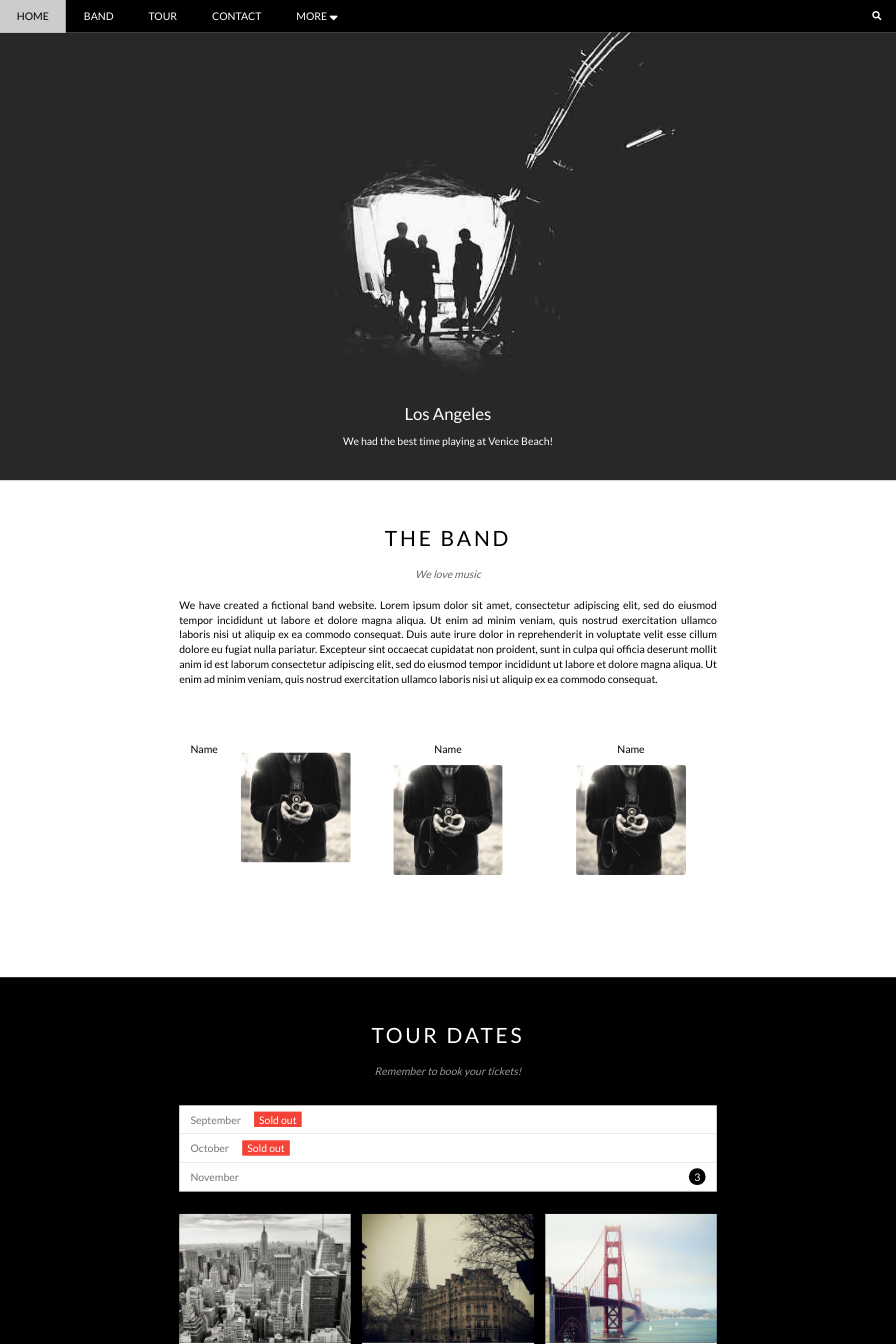
Repository: nguyenthaicong265/w3-band
Page: index.html
The author's editor kept a copy of each file at every save. The page is drawn from the files as they stood at one save, then again after the next save.
The browser window is 1280 px wide. The pictures show the part of the page from y = 0 to 1920 px (the page is 3613 px tall), at 70% of full size.

Above is the page before, as saved 2022-01-06 23:57:19.

### index.html
<!DOCTYPE html>
<html lang="en">
<head>
    <meta charset="UTF-8">
    <meta http-equiv="X-UA-Compatible" content="IE=edge">
    <meta name="viewport" content="width=device-width, initial-scale=1.0">
    <title>The band</title>
    <link rel="icon" href="./assets/img/favicon.png" type="image/x-icon" />
    <link rel="stylesheet" href="./assets/css/styles.css">
    <link rel="stylesheet" href="./assets/css/responsive.css">
    <link rel="stylesheet" href="https://fonts.googleapis.com/css?family=Lato">
    <link rel="stylesheet" href="./assets/font/themify-icons-font/themify-icons/themify-icons.css">
    <link rel="stylesheet" href="./assets/font/fontawesome-free-5.15.4-web/css/all.css">
</head>
<body>
    <div id="main">
        <div id="header">
            <ul id="nav">
                <li><a href="#">Home</a></li>
                <li><a href="#band">Band</a></li>
                <li><a href="#tour">Tour</a></li>
                <li><a href="#contact">Contact</a></li>
                <li>
                    <a href="#">
                        More
                        <i class="fas fa-sort-down"></i>
                    </a>
                    <ul class="subnav">
                        <li><a href="#">Merchandise</a></li>
                        <li><a href="#">Extras</a></li>
                        <li><a href="#">Media</a></li>
                    </ul>
                </li>
            </ul>
            <div class="search-button">
                <i class="fas fa-search"></i>
            </div>
            <div id="mobile-menu" class="mobile-menu-button">
                <i class="fas fa-bars"></i>
            </div>
        </div>

        <div id="slider">
            <div class="text-content text-white">
                <h2 class="text-head">Los Angeles
                </h2>
                <div class="text-description">We had the best time playing at Venice Beach!
                </div>
            </div>
        </div>

        <div id="content">
            <!-- About-section -->
            <div id="band" class="band-section">
                <div class="content-section">
                    <h2 class="section-heading">
                    THE BAND
                    </h2>
                    <p class="section-sub-heading">
                    We love music
                    </p>
                    <p class="about-text">We have created a fictional band website. Lorem ipsum dolor sit amet, consectetur adipiscing elit, sed do eiusmod tempor incididunt ut labore et dolore magna aliqua. Ut enim ad minim veniam, quis nostrud exercitation ullamco laboris nisi ut aliquip ex ea commodo consequat. Duis aute irure dolor in reprehenderit in voluptate velit esse cillum dolore eu fugiat nulla pariatur. Excepteur sint occaecat cupidatat non proident, sunt in culpa qui officia deserunt mollit anim id est laborum consectetur adipiscing elit, sed do eiusmod tempor incididunt ut labore et dolore magna aliqua. Ut enim ad minim veniam, quis nostrud exercitation ullamco laboris nisi ut aliquip ex ea commodo consequat.
                    </p>

                    <!-- Member -->
                    <div class="row members-list">
                        <div class="member-item">
                            <p class="col col-third text-center member-name">Name</p>
                            <img src="./assets/img/band/member1.jpg" alt="Name" class="member-avatar">
                        </div>

                        <div class="member-item">
                            <p class="member-name">Name</p>
                            <img src="./assets/img/band/member1.jpg" alt="Name" class="member-avatar">
                        </div>

                        <div class="member-item">
                            <p class="member-name">Name</p>
                            <img src="./assets/img/band/member1.jpg" alt="Name" class="member-avatar">
                        </div>
                    </div>
                </div>
            </div>

            <!-- Tour-section -->
            <div id="tour" class="tour-section">
                <div class="content-section">
                    <h2 class="section-heading text-white">
                    TOUR DATES
                    </h2>
                    <p class="section-sub-heading text-white">
                    Remember to book your tickets!
                    </p>

                    <!-- Tickets  -->
                    <ul class="tickets-list">
                        <li>September <span class="sold-out text-white">Sold out</span></li>
                        <li>October <span class="sold-out text-white">Sold out</span></li>
                        <li>November <span class="quantity text-white">3</span></li>
                    </ul>

                    <!-- Places -->
                    <div class="row places-list">
                        <div class="col col-third">
                            <img src="./assets/img/places/newyork.jpg" alt="New York" class="place-img">
                            <div class="place-body">
                                <h3 class="place-heading">
                                    New York
                                </h3>
                                <p class="place-time">
                                    Fri 27 Nov 2016
                                </p>
                                <p class="place-dsc">
                                    Praesent tincidunt sed tellus ut rutrum sed vitae justo.
                                </p>
                                <button class="btn js-buy-ticket">Buy Tickets</button>
                            </div>
                        </div>

                        <div class="col col-third">
                            <img src="./assets/img/places/paris.jpg" alt="Paris" class="place-img">
                            <div class="place-body">
                                <h3 class="place-heading">
                                    Paris
                                </h3>
                                <p class="place-time">
                                    Sat 28 Nov 2016
                                </p>
                                <p class="place-dsc">
                                    Praesent tincidunt sed tellus ut rutrum sed vitae justo.
                                </p>
                                <button class="btn js-buy-ticket">Buy Tickets</button>
                            </div>
                        </div>

                        <div class="col col-third">
                            <img src="./assets/img/places/sanfran.jpg" alt="San Francisco" class="place-img">
                            <div class="place-body">
                                <h3 class="place-heading">
                                    San Francisco
                                </h3>
                                <p class="place-time">
                                    Sun 29 Nov 2016
                                </p>
                                <p class="place-dsc">
                                    Praesent tincidunt sed tellus ut rutrum sed vitae justo.
                                </p>
                                <button class="btn js-buy-ticket">Buy Tickets</button>
                            </div>
                        </div>
                    </div>
                </div>
            </div>

            <!-- Begin: Contact-section -->
            <div id="contact" class="content-section">
                <h2 class="section-heading">
                CONTACT</h2>
                <p class="section-sub-heading">
                Fan? Drop a note!</p>
                <div class="row contact-content">
                    <div class="col col-half contact-info">
                        <p><i class="fas fa-map-marker-alt"></i>Chicago, US</p>
                        <p><i class="fas fa-phone-alt"></i>Phone: +00 151515</p>
                        <p><i class="fas fa-envelope"></i>Email: mail@mail.com</p>
                    </div>
                    <div class="col col-half contact-form">
                        <form action="">
                            <div class="row mt-8">
                                <div class="col col-half">
                                    <input type="text" name="" required placeholder="Name" id="" class="form-control">
                                </div>
                                <div class="col col-half">
                                    <input type="email" name="" required placeholder="Email" id="" class="form-control">
                                </div>
                            </div>
                            <div class="row mt-8">
                                <div class="col col-full">
                                    <input type="text" name="" required placeholder="Message" id="" class="form-control">
                                </div>
                            </div>
                            <input class="btn pull-right mt-16" type="submit" value="SEND">
                        </form>
                    </div>
                </div>
            </div>
            <!-- End: Contact-section -->


            <div class="map-section">
                <img src="./assets/img/map.jpg" alt="Map">
            </div>
        </div>

        <div id="footer">
            <div class="socials-list">
                <a href=""><i class="fab fa-facebook-square"></i></a>
                <a href=""><i class="fab fa-instagram"></i></a>
                <a href=""><i class="fab fa-snapchat"></i></a>
                <a href=""><i class="fab fa-pinterest-p"></i></a>
                <a href=""><i class="fab fa-twitter"></i></a>
                <a href=""><i class="fab fa-linkedin-in"></i></a>
            </div>
            <p class="copyright">Powered by <a href="">w3.css</a></p>
        </div>
    </div>
    <div class="modal js-modal">
         <div class="modal-contaner js-modal-container">
             <div class="modal-close js-modal-close">
                <i class="fas fa-times"></i>
             </div>

             <div class="modal-header text-white">
                <i class="fas fa-suitcase"></i> Tickets
             </div>

             <div class="modal-body">
                <label for="ticket-quantity" class="modal-label">
                    <i class="fas fa-shopping-cart"></i>
                    Tickets, $15 per person
                 </label>
                 <input type="text" id="ticket-quantity" class="modal-input" placeholder="How many?">

                 <label for="ticket-email" class="modal-label">
                    <i class="fas fa-user"></i>
                    Send To
                 </label>
                 <input type="text" id="ticket-email" class="modal-input" placeholder="Enter email">

                <button id="buy-ticket">
                    Pay
                    <i class="fas fa-check"></i>
                </button>
             </div>

             <div class="modal-footer">
                 <p class="modal-help">
                     Need <a href="">help?</button>
                 </p>
             </div>
         </div>
    </div>

    /* Buy Ticket */
    <script>
        const buyBtns = document.querySelectorAll('.js-buy-ticket')
        const modal = document.querySelector('.js-modal')
        const modalContainer = document.querySelector('.js-modal-container')
        const modalClose = document.querySelector('.js-modal-close')

        // Hàm hiển thị modal mua vé
        function showBuyTickets() {
            modal.classList.add('open')
        }

        // Hàm ẩn modal mua vé
        function closeBuyTickets() {
            modal.classList.remove('open')
        }

        // Lắng nghe click vào từng button Buy Ticket
        for (const buyBtn of buyBtns) {
            buyBtn.addEventListener('click', showBuyTickets)
        }

        // Lắng nghe click vào button close
        modalClose.addEventListener('click', closeBuyTickets)

        // Lắng nghe click vào modal
        modal.addEventListener('click', closeBuyTickets)

        // Lắng nghe click vào container
        modalContainer.addEventListener('click', function(event) {
            event.stopPropagation()
        })
    </script>

    /* Mobile Menu */
    <script>
        var header = document.getElementById('header')
        var mobileMenu = document.getElementById('mobile-menu')
        var headerHeight = header.clientHeight

        // Đóng mở mobile menu
        mobileMenu.onclick = function() {
            var isClosed = header.clientHeight === headerHeight
            if (isClosed) {
                header.style.height = 'auto'
            }
            else {
                header.style.height = null
            }
        }

        // Tự động đóng sau khi chọn menu
        var menuItems = document.querySelectorAll('#nav li a[href*="#"]')
        for (const menuItem of menuItems) {
            menuItem.onclick = function(event) {
                var isParentMenu = menuItem.nextElementSibling && menuItem.nextElementSibling.classList.contains('subnav')
                if (isParentMenu) {
                    event.preventDefault()
                }
                else {
                    header.style.height = null
                }
            }
        }
    </script>
</body>
</html>

### assets/css/styles.css
/* Reset CSS */
* {
    padding: 0;
    margin: 0;
    box-sizing: border-box;
}

html {
    font-family: "Lato", sans-serif;
    font-size: 62.5%;
    scroll-behavior: smooth;
}

/* Common */
.clear {
    clear: both;
}

.text-white {
    color: #ffff !important;
}

.row {
    margin-left: -8px;
    margin-right: -8px;
    overflow: hidden;
}

.col {
    float: left;
    padding-left: 8px;
    padding-right: 8px;
}

.col-third {
    width: 33.33333%;
}

.col-half {
    width: 50%;
}

.col-full {
    width: 100%;
}

.text-center {
    text-align: center;
}

.mt-8 {
    margin-top: 8px;
}

.mt-16 {
    margin-top: 16px;
}

.btn {
    display: inline-block;
    font-size: 15px;
    color: #ffff;
    background-color: #000;
    text-decoration: none;
    padding: 8px 16px;
    margin-top: 16px;
    border: 0px;
    cursor: pointer;
}

.btn:hover {
    color: #000;
    background-color: #ccc;
}

.pull-right {
    float: right;
    overflow: hidden;
}

/* Main */

#main {

}

#header {
    position: fixed;
    top: 0;
    left: 0;
    right: 0;
    height: 46px;
    background-color: #000000;
    z-index: 1;
}

#header .mobile-menu-button {
    position: absolute;
    top: 0;
    right: 0;
}

#header .search-button,
#header .mobile-menu-button {
    color: #fff;
    float: right;
    padding: 0 21px;
}

#header .search-button:hover {
    cursor: pointer;
    background-color: #f44336!important;
}

#header .mobile-menu-button:hover {
    background-color: #ccc;
    color: #000;
}

#header .fa-search,
#header .fa-bars {
    font-size: 13px;
    line-height: 46px;
}

#nav, .subnav {
    display: inline-block;
    list-style-type: none;
}

#nav > li {
    display: inline-block;
}

#nav li {
    position: relative;
}

#nav > li > a {
    color: #ffffff;
    text-transform: uppercase;
}

#nav li a {
    text-decoration: none;
    line-height: 46.5px;
    padding: 0px 24px;
    font-size: 1.5rem;
    display: block;
}

#nav .fa-sort-down {
    font-size: 20px;
}

#nav li:hover .subnav {
    display: block;

}

#nav > li:hover > a,
#nav .subnav li:hover a {
    color: #000 !important;
    background-color: #ccc !important;
}

#nav .subnav {
    display: none;
    position: absolute;
    min-width: 160px;
    top: 46.5px;
    background-color: #ffffff;
    box-shadow: 0 0 10px rgba(0, 0, 0, 0.3);
}

#nav .subnav a {
    color: #000;
    padding: 0 12px;
    line-height: 38px;
}

#slider {
    position: relative;
    margin-top: 46px;
    padding-top: 50%;
    background: url(/assets/img/slider/slider1.jpg) top center / cover no-repeat;
}

#slider .text-content {
    position: absolute;
    bottom: 48px;
    width: 100%;
    text-align: center;
}

#slider .text-head {
    font-weight: 100;
    font-size: 24px;
    margin-bottom: 10px;
}
#slider .text-description {
    font-size: 15px;
    margin-top: 15px;
}

#content {
}

#content .content-section {
    width: 800px;
    max-width: 100%;
    padding: 64px 0 112px ;
    margin-left: auto;
    margin-right: auto;
    padding-left: 16px;
    padding-right: 16px;
}

#content .section-heading {
    font-size: 30px;
    font-weight: 400;
    letter-spacing: 4px;
    text-align: center;
}

#content .section-sub-heading {
    font-size: 15px;
    font-style: italic;
    text-align: center;
    opacity: 0.6;
    margin-top: 25px;
}

#content .about-text {
    text-align: justify;
    font-size: 15px;
    margin-top: 25px;
    line-height: 1.4;
}

#content .members-list {
    margin-top: 48px;
    overflow: hidden;
    padding-top: 32px !important;
    padding-bottom: 32px !important;
}

#content .member-item {
    float: left;
    width: 33.333333%;
    text-align: center;
}

#content .member-name {
    font-size: 15px;
}

#content .member-avatar {
    width: 60%;
    margin-top: 15px;
    border-radius: 4px;
}

.tour-section {
    background-color: #000;
    width: 100%;
}

.tickets-list {
    background-color: #ffffff;
    margin-top: 40px;
    list-style-type: none;
}

.tickets-list li {
    font-size: 15px;
    padding: 11px 16px;
    border-bottom: 1px solid #dddd;
    color: #757575;
}

.tickets-list .sold-out {
    background-color: #f44336!important;
    padding: 2px 7px;
    margin-left: 16px;
}

.tickets-list .quantity {
    float: right;
    width: 24px;
    height: 24px;
    background-color: #000;
    border-radius: 50%;
    line-height: 24px;
    text-align: center;
    margin-top: -3px;
}

.places-list {
    margin-top: 32px;
    overflow: hidden;
}

.place-img {
    display: block;
    width: 100%;
}

.place-img:hover {
    opacity: 0.6;
}

.place-body {
    background-color: #ffff;
    padding: 16px;
}

.place-heading {
    font-size: 15px;
    font-weight: bolder;
    margin-bottom: 15px;
}

.place-time {
    font-size: 15px;
    opacity: 0.6;
    margin-bottom: 15px;
}

.place-dsc {
    font-size: 15px;
    margin-bottom: 15px;
}

.fas {
    display: inline-block;
}

.contact-content {
    margin-top: 48px;
}

.contact-info {
    font-size: 18px;
    line-height: 1.4;
}

.contact-info .fas {
    width: 30px;
}

.contact-form {
    font-size: 15px;
}

.contact-form .form-control {
    padding: 11px;
    border: 1px solid #ccc;
    width: 100%;
}

/* Map section */
.map-section img {
    width: 100%;
}

/* Footer section */
#footer {
    padding: 64px 16px;
    text-align: center;
    font-size: 15px;

}

#footer .socials-list {
    font-size: 24px;
}

#footer .socials-list a {
    color: #000;
    opacity: 0.5;
    text-decoration: none;
}

#footer .socials-list a:hover {
    opacity: 0.3;
}

#footer .copyright {
    margin: 15px 0;
    color: #000;
    opacity: 0.5;
}

#footer .copyright a {
    color: #000 !important;
}

.modal {
    position: fixed;
    top: 0;
    right: 0;
    bottom: 0;
    left: 0;
    background: rgba(0, 0, 0, 0.4);
    align-items: center;
    justify-content: center;
    display: none;
}

.modal.open {
    display: flex;
}

.modal-contaner {
    background: #fff;
    width: 900px;
    max-width: calc(100% - 32px);
    min-height: 200px;
    position: relative;
    animation: modalFadeIn ease 0.5s;
}

.modal-close {
    position: absolute;
    right: 0;
    top: 0;
    padding: 15px;
    cursor: pointer;
    color: #fff;
    font-size: 15px;
}

.modal-close:hover {
    background-color: #ccc;
    color: #000;
}

.modal-header {
    background-color: #009688;
    height: 130px;
    display: flex;
    align-items: center;
    justify-content: center;
    font-size: 30px;
    letter-spacing: 5px;
}

.modal-header .fa-suitcase {
    margin-right: 15px;
}

.modal-body {
    padding: 15px;

}

.modal-body .modal-label {
    display: block;
    font-size: 15px;
    opacity: 0.8;
}

.modal-body .modal-input {
    border: 1px solid #ccc;
    padding: 8px;
    margin: 15px 0;
    width: 100%;
    font-size: 15px;
}

#buy-ticket {
    background-color: #009688;
    color: #fff;
    font-size: 15px;
    padding: 15px;
    width: 100%;
    border: 0px;
}

#buy-ticket:hover {
    background-color: #ccc;
    color: #000;
}

.modal-footer {
    padding: 16px;
    text-align: right;
    font-size: 15px;
}

.modal-help {
    top: 0;
    right: 0;
}

.modal-help a {
    color: #2196F3;
}

@keyframes modalFadeIn {
    from {
        opacity: 0;
        transform: translateY(-100px);
    }
    to {
        opacity: 1;
        transform: translateY(0px);
    }
}

### assets/css/responsive.css
/* PC */
@media (min-width: 1024px) {
    #header .mobile-menu-button {
        display: none;
    }
}

/* Mobile */
@media (max-width: 740px) {
    #header {
        overflow: hidden;
    }
    #nav {
        display: block;
    }

    #nav > li {
        display: block;
    }

    #nav > li:first-child {
        display: inline-block;
    }

    #nav .subnav {
        position: initial;
        background-color: #333;
    }

    #nav .subnav a {
        color: #fff;
        padding: 5px 42px;
    }

    #header .search-button {
        display: none;
    }



}

Loaded but not shown: assets/font/themify-icons-font/themify-icons/themify-icons.css (common file); assets/font/fontawesome-free-5.15.4-web/css/all.css (library)

After the next save:
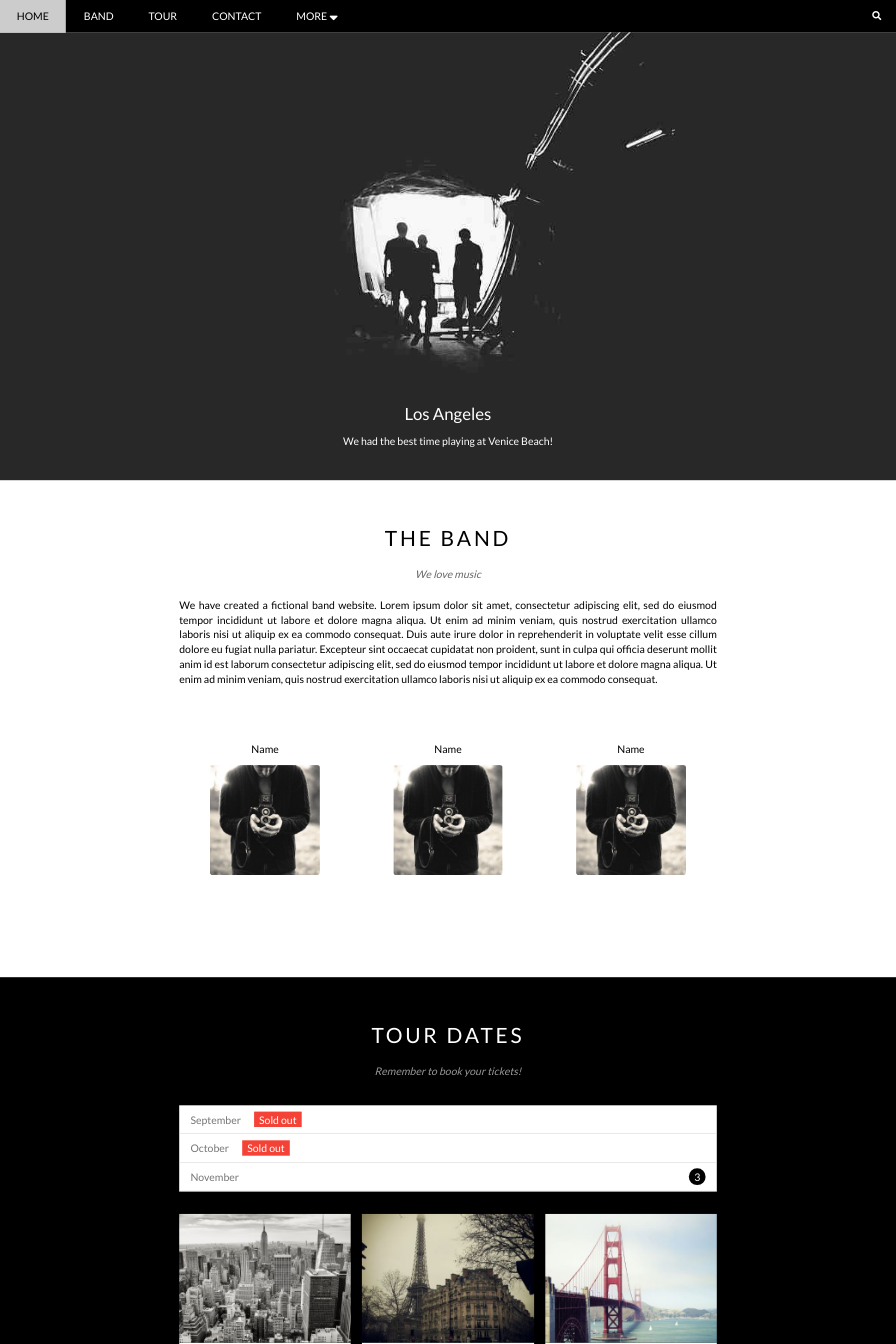
Saved 54 s later.
--- a/index.html
+++ b/index.html
@@ -65,7 +65,7 @@
                     <!-- Member -->
                     <div class="row members-list">
                         <div class="member-item">
-                            <p class="col col-third text-center member-name">Name</p>
+                            <p class="member-name">Name</p>
                             <img src="./assets/img/band/member1.jpg" alt="Name" class="member-avatar">
                         </div>
 
